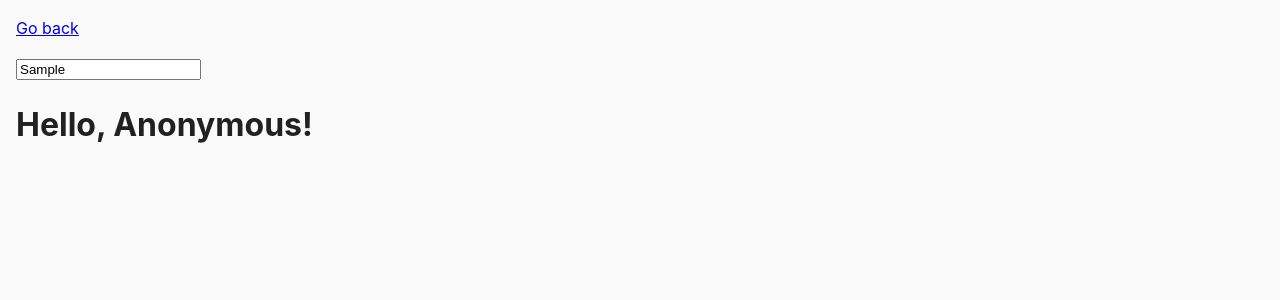
Repository: anyakobtseva/goit-js-hw-07
Page: task-03.html
An editor plug-in stored every save of this project. The page is shown before and after the next save, followed by the edit.
The browser window is 1280 px wide. The pictures show the whole page.
Empty fields were first filled with sample values (such as "Sample", 5 or name@example.com).
After loading, the first visible `#name-input` was changed once.

Above is the page before, as saved 2023-12-03 18:42:26.

### task-03.html
<!DOCTYPE html>
<html lang="ru">
  <head>
    <meta charset="UTF-8" />
    <meta http-equiv="X-UA-Compatible" content="IE=edge" />
    <meta name="viewport" content="width=device-width, initial-scale=1.0" />
    <title>Task 3</title>
    <link rel="stylesheet" href="css/common.css" />
  </head>
  <body>
    <p><a href="index.html">Go back</a></p>

    <input type="text" id="name-input" placeholder="Please enter your name" />
    <h1>Hello, <span id="name-output">Anonymous</span>!</h1>

    <script src="js/task-03.js" type="module"></script>
  </body>
</html>

### css/common.css
* {
  box-sizing: border-box;
}

body {
  margin: 16px;
  font-family: -apple-system, BlinkMacSystemFont, 'Segoe UI', Roboto, Oxygen,
    Ubuntu, Cantarell, 'Open Sans', 'Helvetica Neue', sans-serif;
  -webkit-font-smoothing: antialiased;
  -moz-osx-font-smoothing: grayscale;
  background-color: #fafafa;
  color: #212121;
  line-height: 1.5;
}
.gallery {
  display: block;
  align-items: center;
}
.blabla {
  max-height: 100px;
  max-width: 100px;
  padding: 10px;
}

### js/task-03.js
const inputEl = document.querySelector('#name-input');
const outputEl = document.querySelector('#name-output');

inputEl.addEventListener('input', (event) => {
    if (event.target.value.trim()) {}

    // console.log(outputEl.textContent)
    // console.log(event.target.value.trim())
})

After the next save:
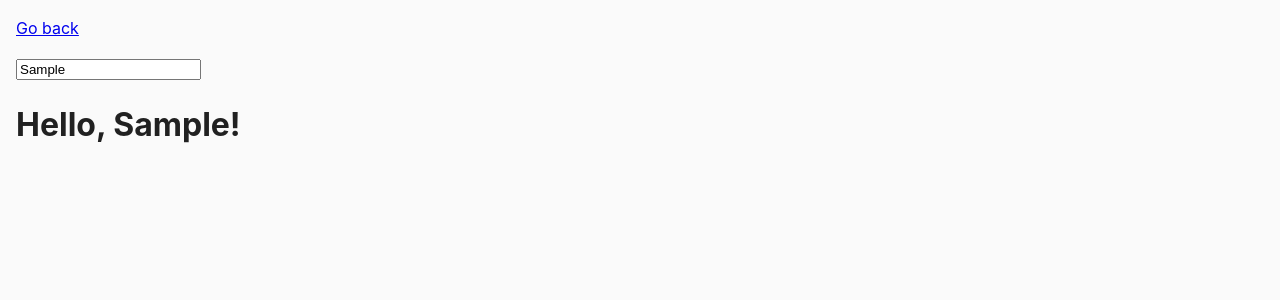
Saved 15 s later.
--- a/js/task-03.js
+++ b/js/task-03.js
@@ -2,8 +2,9 @@
 const outputEl = document.querySelector('#name-output');
 
 inputEl.addEventListener('input', (event) => {
-    if (event.target.value.trim()) {}
-
+    if (event.target.value.trim()) {
+        outputEl.textContent = outputEl.textContent.replace(outputEl.textContent, event.target.value.trim())
+    }
     // console.log(outputEl.textContent)
     // console.log(event.target.value.trim())
 })
